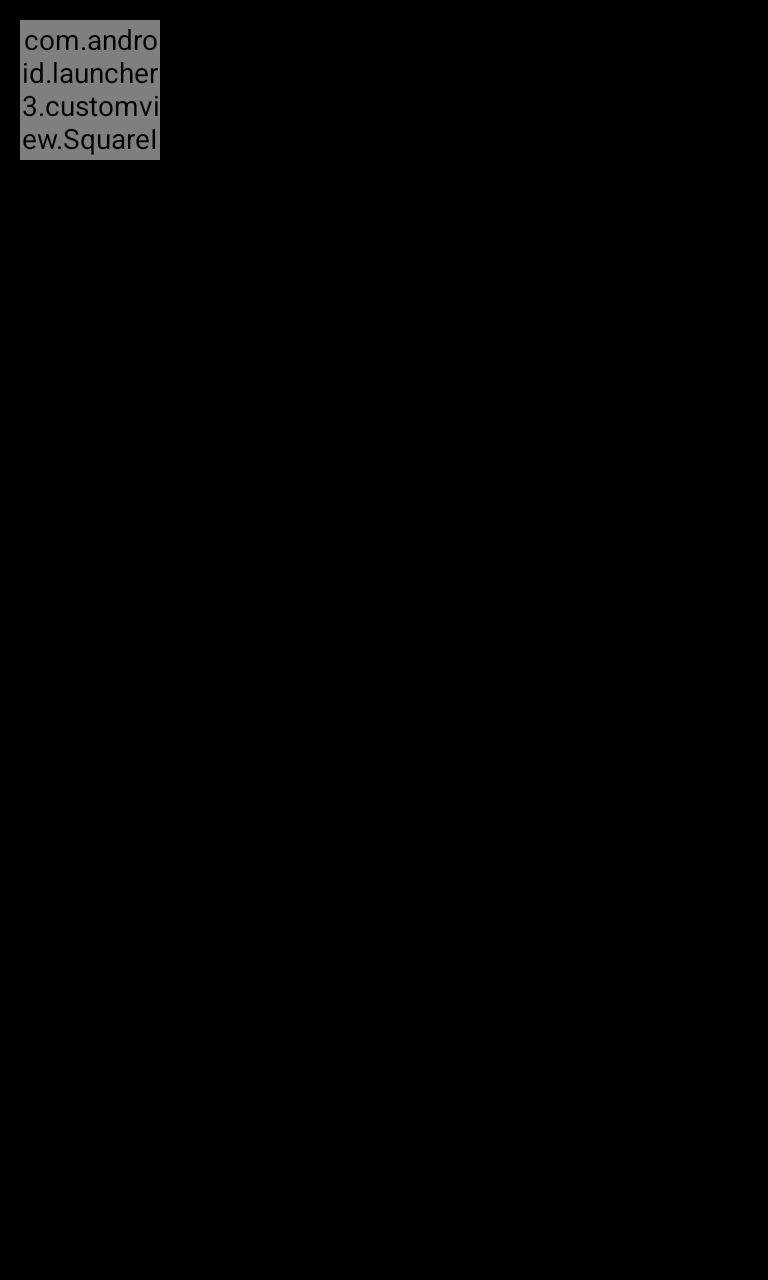
Repository: Nghicv/btl_cac_van_de_hien_dai_cntt
Layout: Launcher3/res/layout/grid_item.xml
The author's editor kept a copy of each file at every save. The layout is drawn from the files as they stood at one save, then again after the next save.
Pictures or frames that could not be fetched are drawn as grey boxes. It is drawn on a 768 x 1280 px phone screen (xhdpi) without system bars, with theme android:Theme.Holo; the app's code is not run.

Above is the layout before, as saved 2015-12-08 10:31:10.

### Launcher3/res/layout/grid_item.xml
<FrameLayout xmlns:android="http://schemas.android.com/apk/res/android"
    xmlns:tools="http://schemas.android.com/tools"
    android:layout_width="match_parent"
    android:layout_height="match_parent"
    android:padding="10dp">

    <com.android.launcher3.customview.SquareImageView
        android:id="@+id/image"
        android:layout_width="70dp"
        android:layout_height="70dp"
        android:scaleType="centerCrop"
        android:src="@drawable/empty_photo" />
</FrameLayout>

After the next save:
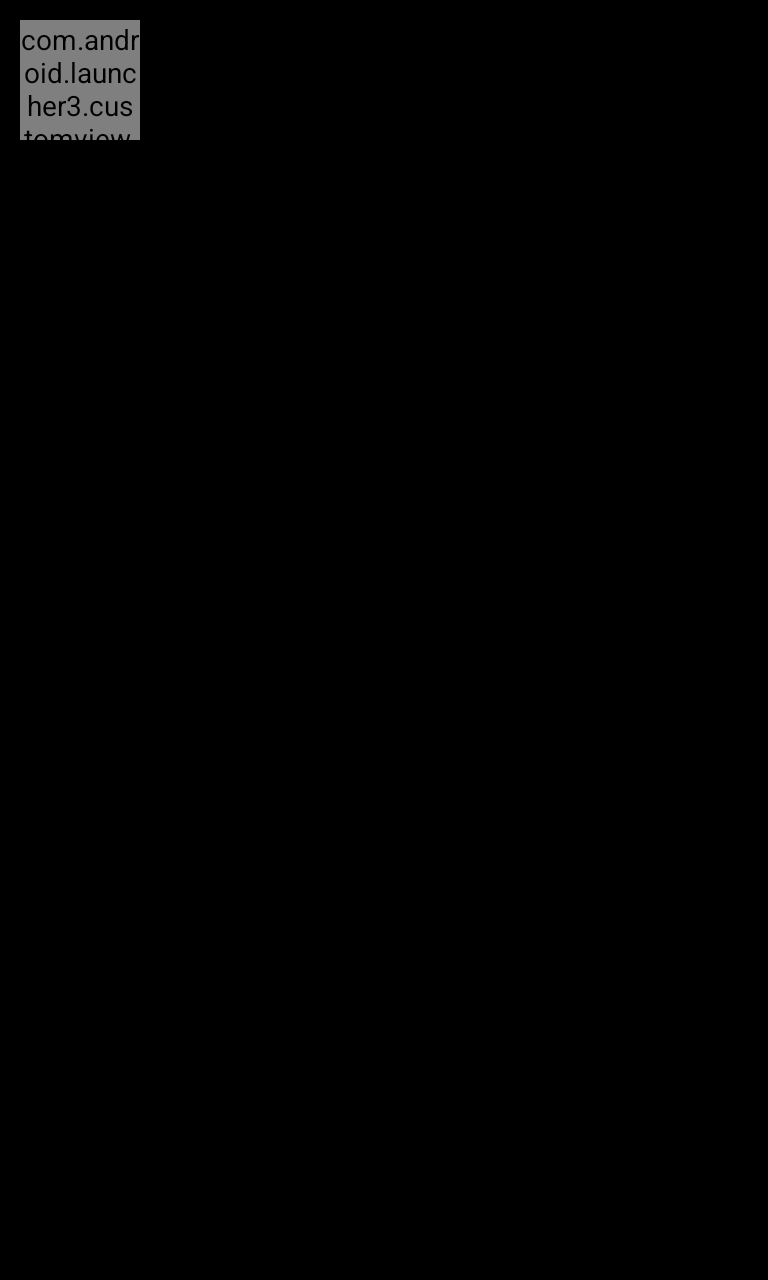
Saved 35 s later.
--- a/Launcher3/res/layout/grid_item.xml
+++ b/Launcher3/res/layout/grid_item.xml
@@ -6,8 +6,8 @@
 
     <com.android.launcher3.customview.SquareImageView
         android:id="@+id/image"
-        android:layout_width="70dp"
-        android:layout_height="70dp"
+        android:layout_width="60dp"
+        android:layout_height="60dp"
         android:scaleType="centerCrop"
         android:src="@drawable/empty_photo" />
 </FrameLayout>
